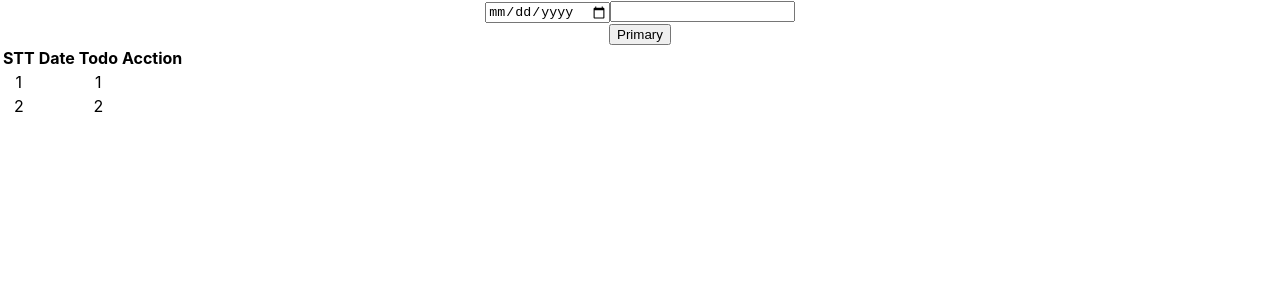
Repository: vanviet99/bietitmatit
Page: /
These files come from the project's save history. The page is drawn as it stood at one moment and after the next save; the edit follows.
The browser window is 1280 px wide. The pictures show the whole page.
The project was rebuilt for these pictures with package versions that can differ from the ones it lists, and the page was loaded fresh each time.

Above is the page before, as saved 2022-10-03 21:19:56.

After the next save:
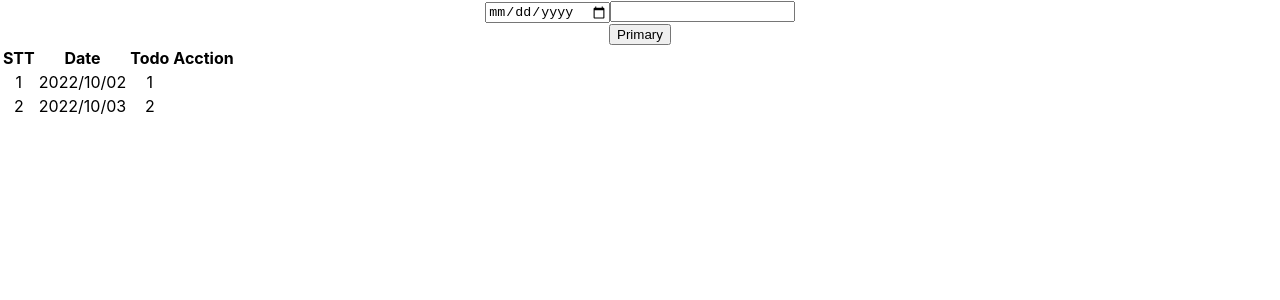
Saved 5 s later.
--- a/src/App.js
+++ b/src/App.js
@@ -28,7 +28,7 @@ function App() {
         return (
           <tr key={index}>
             <td>{index+1}</td>
-            <td>{value.todo}</td>
+            <td>{value.date}</td>
             <td>{index+1}</td>
           </tr>
         )
